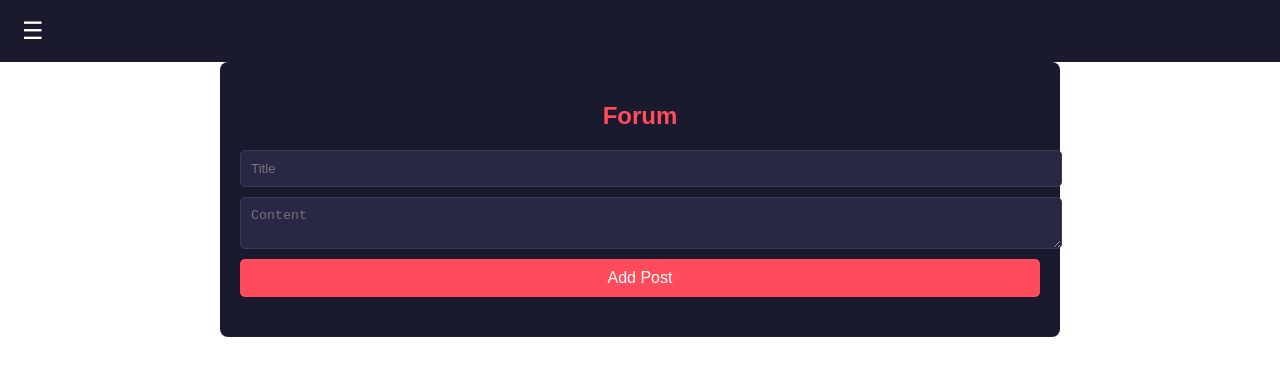
Repository: prachi-d-2/zodiac
Page: /forum (app in client/)
The author's editor kept a copy of each file at every save. The page is drawn from the files as they stood at one save, then again after the next save.
The browser window is 1280 px wide. The pictures show the whole page.
The page's requests for data from a server got no answer. The project was rebuilt for these pictures with package versions that can differ from the ones it lists, and the page was loaded fresh each time. No one was signed in, and anything a server would have sent is missing. Also part of the build but not shown: client/src/components/Home.css, client/src/components/Home.js, client/src/services/authService.js, client/src/components/LoginRegister.css, client/src/components/LoginRegister.js, client/src/components/Profile.css, client/src/components/Profile.js, client/src/components/Horoscope.js and 2 more.

Above is the page before, as saved 2024-11-07 23:26:50.

### client/src/index.js
import React from 'react';
import App from './App'; // your main React component
import './index.css';
import './theme.css'; // Importing the global theme styles
import ReactDOM from 'react-dom/client';

const root = ReactDOM.createRoot(document.getElementById('root'));
root.render(<App />);

### client/src/App.js
// client/src/App.js
import React, { useState, useEffect } from 'react';
import { BrowserRouter as Router, Route, Routes, Navigate } from 'react-router-dom';
import Navbar from './components/Navbar';
import Home from './components/Home';
import LoginRegister from './components/LoginRegister';
import Forum from './components/Forum';
import Profile from './components/Profile';
import Horoscope from './components/Horoscope';
import Connections from './components/Connect';

function App() {
  const [isLoggedIn, setIsLoggedIn] = useState(false);

  useEffect(() => {
    // Check for token in localStorage to maintain login state on refresh
    if (localStorage.getItem('token')) {
      setIsLoggedIn(true);
    }
  }, []);

  return (
    <Router>
      <Navbar isLoggedIn={isLoggedIn} setIsLoggedIn={setIsLoggedIn} />
      <div className="App">
        <Routes>
          <Route path="/" element={<Home />} />
          <Route path="/loginregister" element={<LoginRegister setIsLoggedIn={setIsLoggedIn} />} />
          <Route path="/forum" element={<Forum />} />
          <Route path="/horoscope" element={<Horoscope />} />
          <Route path="/profile" element={isLoggedIn ? <Profile /> : <Navigate to="/loginregister" replace />} />
          <Route path="/connect" element={isLoggedIn ? <Connections /> : <Navigate to="/loginregister" replace />} />
        </Routes>
      </div>
    </Router>
  );
}

export default App;

### client/src/theme.css
:root {
    --primary-color: #1a1a2e;
    --secondary-color: #16213e;
    --accent-color: #0f3460;
    --text-color: #e94560;
    --background-color: #ffffff;
  }

  body {
    margin: 0;
    font-family: Arial, sans-serif;
    background-color: var(--background-color);
    color: var(--text-color);
  }

  .navbar {
    background-color: var(--primary-color);
    padding: 1rem;
  }

  .navbar a {
    color: var(--text-color);
    text-decoration: none;
    margin: 0 1rem;
  }

  .navbar a:hover {
    color: var(--accent-color);
  }

  .profile-container {
    padding: 2rem;
  }

  .profile-header {
    font-size: 2rem;
    color: var(--primary-color);
  }

  .profile-section {
    margin-top: 1rem;
  }

  .profile-section label {
    font-weight: bold;
    color: var(--secondary-color);
  }

  .profile-section input, .profile-section textarea {
    display: block;
    margin-top: 0.5rem;
    padding: 0.5rem;
    width: 100%;
    max-width: 400px;
    border: 1px solid var(--secondary-color);
    border-radius: 4px;
  }

  .edit-profile-button {
    margin-top: 1rem;
    padding: 0.5rem 1rem;
    background-color: var(--accent-color);
    color: var(--background-color);
    border: none;
    border-radius: 4px;
    cursor: pointer;
  }

  .edit-profile-button:hover {
    background-color: var(--text-color);
  }

### client/src/components/Navbar.js
// client/src/components/Navbar.js
import React, { useState } from 'react';
import { Link, useNavigate } from 'react-router-dom';
import './Navbar.css';

function Navbar({ isLoggedIn, setIsLoggedIn }) {
  const [isOpen, setIsOpen] = useState(false);
  const navigate = useNavigate();

  const toggleMenu = () => setIsOpen(!isOpen);

  const handleLogout = () => {
    localStorage.removeItem('token'); // Clear the token
    setIsLoggedIn(false);
    navigate('/'); // Redirect to homepage or login page
  };

  return (
    <nav className="navbar">
      <button onClick={toggleMenu} className="menu-button">
        ☰
      </button>
      <ul className={`nav-links ${isOpen ? 'show' : ''}`}>
        <li><Link to="/">Home</Link></li>
        <li><Link to="/loginregister">Login/Register</Link></li>
        <li><Link to="/forum">Forum</Link></li>
        <li><Link to="/horoscope">Today's Horoscope</Link></li>
        {isLoggedIn && (
          <>
            <li><Link to="/profile">Profile</Link></li>
            <li><Link to="/connect">Connect</Link></li>
            <li><span onClick={handleLogout} className="logout-link">Log out</span></li>
            <li><span className="logged-in-indicator">Logged in</span></li>
          </>
        )}
      </ul>
    </nav>
  );
}

export default Navbar;

### client/src/components/Forum.js
import React, { useState, useEffect } from 'react';
import axios from 'axios';
import './Forum.css';

const Forum = () => {
  const [posts, setPosts] = useState([]);
  const [title, setTitle] = useState('');
  const [content, setContent] = useState('');
  const [error, setError] = useState('');

  useEffect(() => {
    axios.get('http://localhost:3000/api/posts')  // Use the correct backend URL
      .then((response) => {
        setPosts(response.data);  // Store posts in state
      })
      .catch((error) => {
        console.error('Error fetching posts:', error);
      });
  }, []);

  const handleSubmit = (e) => {
    e.preventDefault();
    const newPost = { title, content, author: 'user-id' }; // Replace 'user-id' with actual user ID if needed

    axios.post('/api/posts', newPost)
      .then((response) => {
        setPosts([...posts, response.data]);
        setTitle('');
        setContent('');
      })
      .catch((error) => {
        console.error('Error adding post:', error.response ? error.response.data : error.message);
        setError('Error adding post. Please try again.');
      });
  };

  return (
    <div className="forum-container">
      <h2>Forum</h2>
      {error && <div className="error-message">{error}</div>}
      <form onSubmit={handleSubmit} className="post-form">
        <input
          type="text"
          placeholder="Title"
          value={title}
          onChange={(e) => setTitle(e.target.value)}
          required
        />
        <textarea
          placeholder="Content"
          value={content}
          onChange={(e) => setContent(e.target.value)}
          required
        ></textarea>
        <button type="submit">Add Post</button>
      </form>
      {posts.map((post) => (
        <div key={post._id} className="post">
          <h3>{post.title}</h3>
          <p>{post.content}</p>
        </div>
      ))}
    </div>
  );
};

export default Forum;

### client/src/components/Navbar.css
.navbar {
    background-color: #1a1a2e;
    color: #ffffff;
    padding: 10px;
  }

  .menu-button {
    background: none;
    border: none;
    color: #ffffff;
    font-size: 24px;
  }

  .nav-links {
    display: none;
    list-style-type: none;
    padding: 0;
  }

  .nav-links.show {
    display: block;
  }

  .nav-links li {
    margin: 10px 0;
  }

  .nav-links a {
    color: #ffffff;
    text-decoration: none;
  }

  /* client/src/components/Navbar.css */
.logged-in-indicator {
  color: #4caf50; /* Green color for 'Logged in' */
  margin-left: 10px;
}

.logout-link {
  color: red;
  cursor: pointer;
  margin-left: 10px;
}

### client/src/components/Forum.css
/* Forum.css */
.forum-container {
  max-width: 800px;
  margin: 0 auto;
  padding: 20px;
  font-family: Arial, sans-serif;
  background-color: #1a1a2e;
  color: #ffffff;
  border-radius: 8px;
}

h2 {
  text-align: center;
  color: #ff4b5c;
  margin-bottom: 20px;
}

.post-form {
  display: flex;
  flex-direction: column;
  gap: 10px;
  margin-bottom: 20px;
}

.post-form input,
.post-form textarea {
  width: 100%;
  padding: 10px;
  border-radius: 5px;
  border: 1px solid #3c3c4e;
  background-color: #282846;
  color: #ffffff;
  outline: none;
}

.post-form button {
  background-color: #ff4b5c;
  color: #ffffff;
  border: none;
  cursor: pointer;
  padding: 10px;
  width: 100%;
  font-size: 1rem;
  border-radius: 5px;
  transition: background-color 0.3s ease;
}

.post-form button:hover {
  background-color: #ff6f7b;
}

.error-message {
  color: #ff4b5c;
  text-align: center;
  margin-bottom: 10px;
}

.posts {
  margin-top: 20px;
}

.post {
  background-color: #282846;
  padding: 15px;
  margin-top: 15px;
  border-radius: 5px;
  transition: background-color 0.3s;
  cursor: pointer;
}

.post:hover {
  background-color: #3c3c4e;
}

.post h3 {
  color: #ff4b5c;
  font-size: 1.2rem;
  margin: 0 0 10px;
}

.post p {
  color: #b3b3cc;
  font-size: 1rem;
  line-height: 1.5;
  white-space: nowrap;
  overflow: hidden;
  text-overflow: ellipsis;
  max-width: 100%;
}

.post-actions {
  display: flex;
  justify-content: space-between;
  margin-top: 10px;
}

.post-actions span {
  color: #ff4b5c;
  cursor: pointer;
  font-size: 0.9rem;
  display: inline-flex;
  align-items: center;
  gap: 5px;
  transition: color 0.3s;
}

.post-actions span:hover {
  color: #ff6f7b;
}

/* Mobile Responsive */
@media (max-width: 600px) {
  .forum-container {
    padding: 15px;
  }

  .post-form button {
    font-size: 0.9rem;
  }

  .post h3 {
    font-size: 1rem;
  }

  .post p {
    font-size: 0.9rem;
  }
}

Loaded but not shown: client/public/index.html (common file); client/src/index.css (common file)

After the next save:
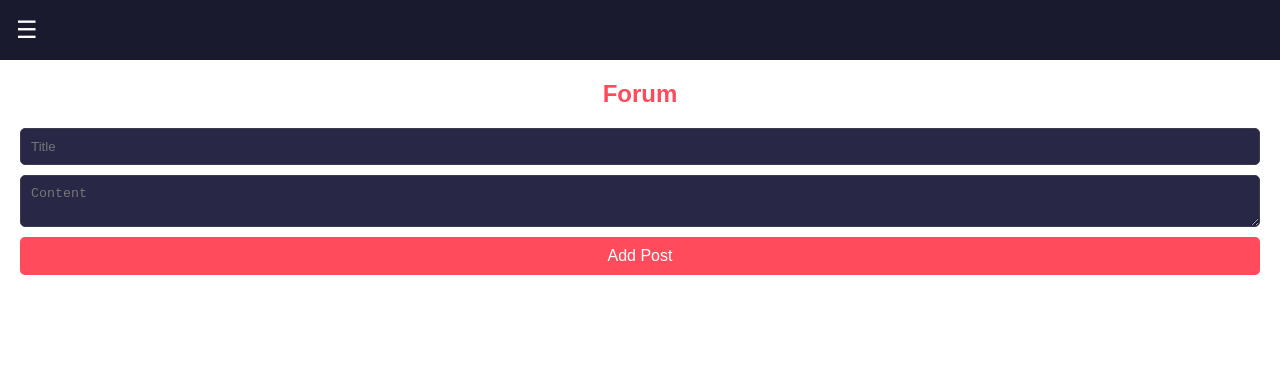
Saved 83 s later.
--- a/client/src/components/Forum.css
+++ b/client/src/components/Forum.css
@@ -1,12 +1,24 @@
 /* Forum.css */
-.forum-container {
-  max-width: 800px;
-  margin: 0 auto;
-  padding: 20px;
-  font-family: Arial, sans-serif;
+* {
+  margin: 0;
+  padding: 0;
+  box-sizing: border-box;
+}
+
+body, html {
+  width: 100%;
+  height: 100%;
   background-color: #1a1a2e;
   color: #ffffff;
-  border-radius: 8px;
+  font-family: Arial, sans-serif;
+  overflow-x: hidden;
+}
+
+.forum-container {
+  width: 100%;
+  height: 100%;
+  padding: 20px;
+  border-radius: 0;  /* Remove rounded corners */
 }
 
 h2 {
